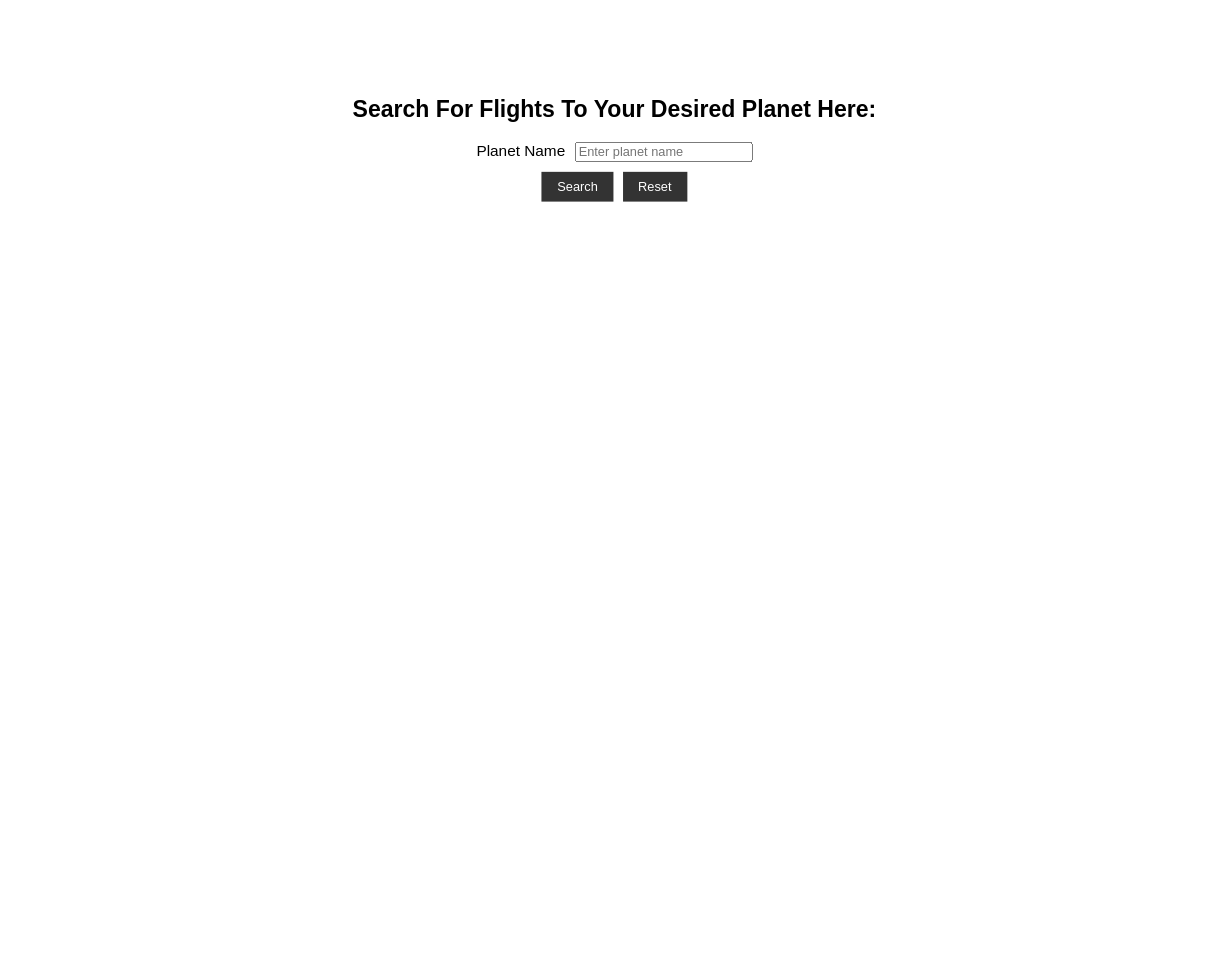
Repository: addisjackson/project-front-end-portfolio2
Page: index.html
An editor plug-in stored every save of this project. The page is shown before and after the next save, followed by the edit.
The browser window is 1280 px wide. The pictures show the whole page, at 96% of full size.

Above is the page before, as saved 2023-07-17 20:02:04.

After the next save:
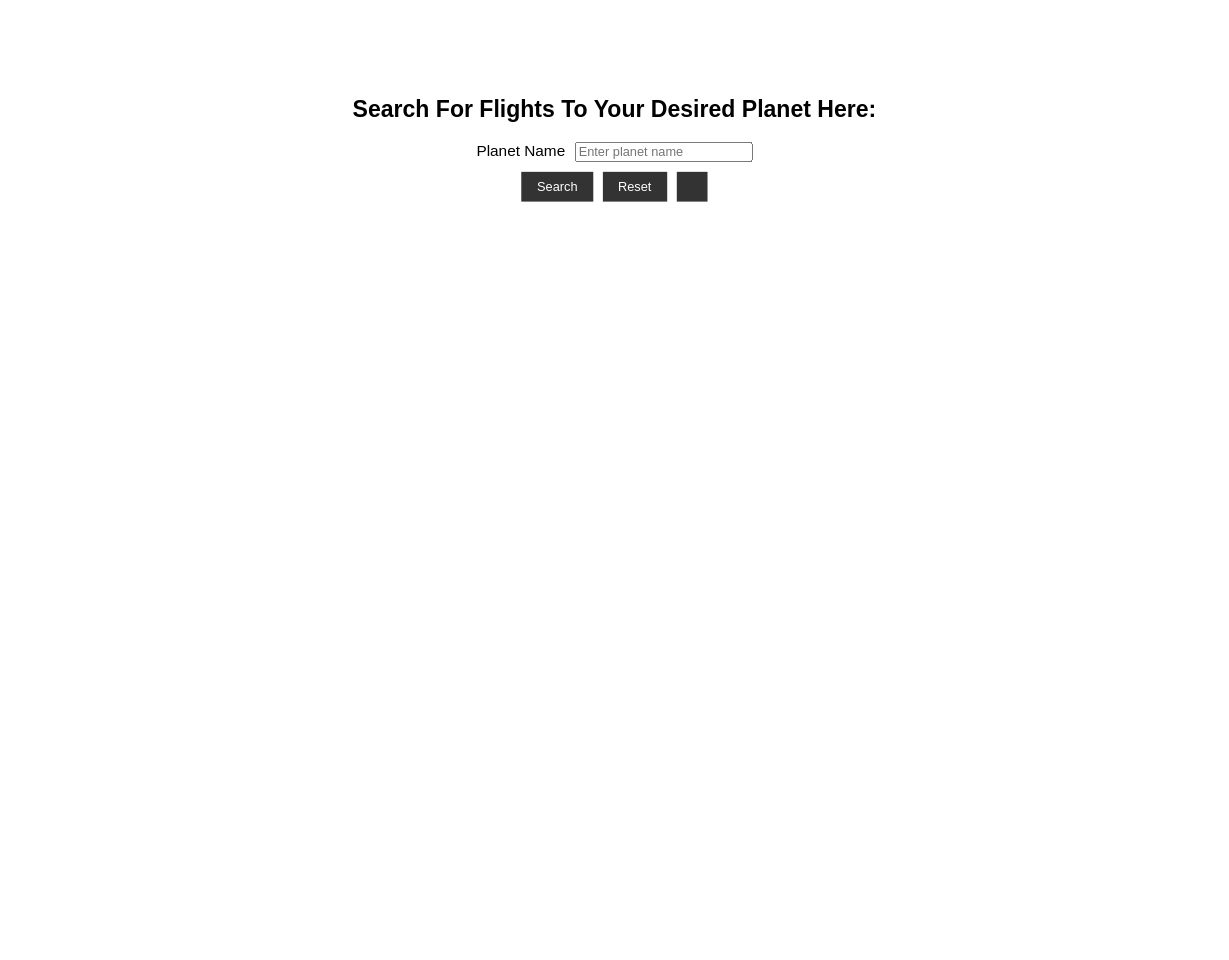
Saved 6 min 50 s later.
--- a/index.html
+++ b/index.html
@@ -19,6 +19,7 @@
     <div class="buttons">
       <button type="submit" id="searchButton">Search</button>
       <button type="reset" id="resetButton">Reset</button>
+      <button type="select" id="selectButton" class="hidden-button"></button>
     </div>
   </form>
   <section class="planet-section">
--- a/index.js
+++ b/index.js
@@ -148,6 +148,8 @@ planetContainer.appendChild(planetImage);
 planetContainer.appendChild(planetElement);
 planetSection.appendChild(planetContainer);
 planetElement.append(planetImage);
+
+
 }
 
 function showError() {
